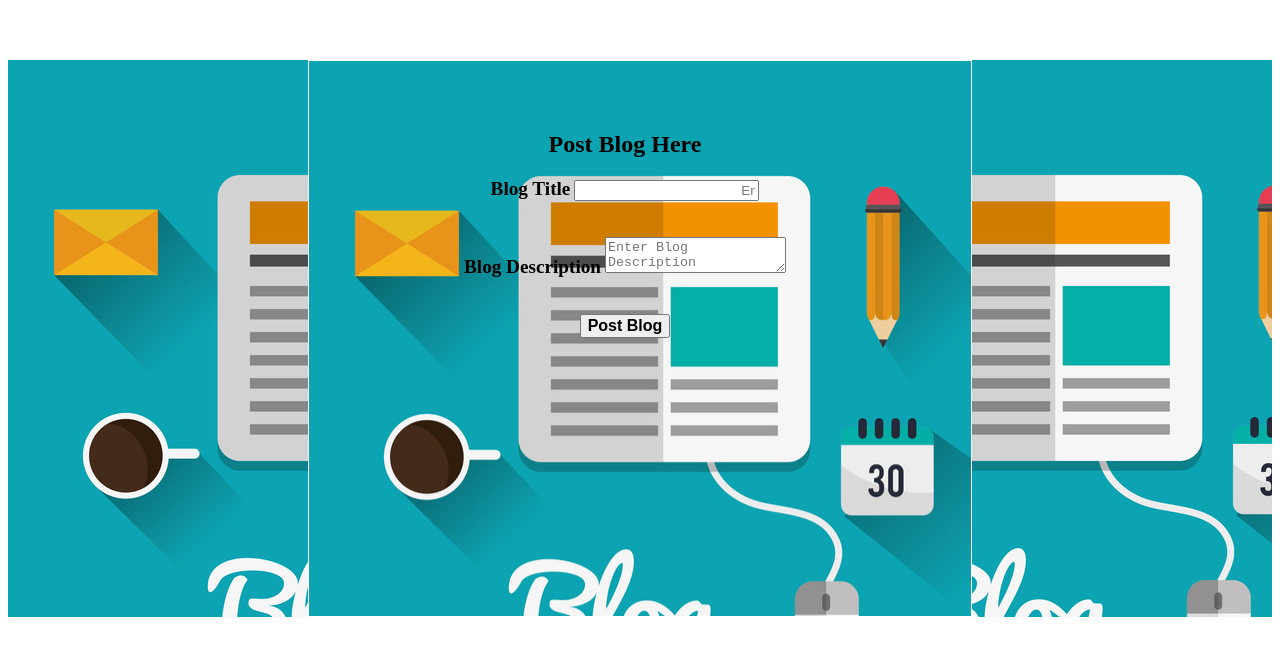
Repository: NeeleshPoojari/Project-2
Page: frontend_project2/WebContent/views/blogpostform.html
An editor plug-in stored every save of this project. The page is shown before and after the next save, followed by the edit.
The browser window is 1280 px wide. The pictures show the whole page.

Above is the page before, as saved 2017-07-18 06:06:48.

After the next save:
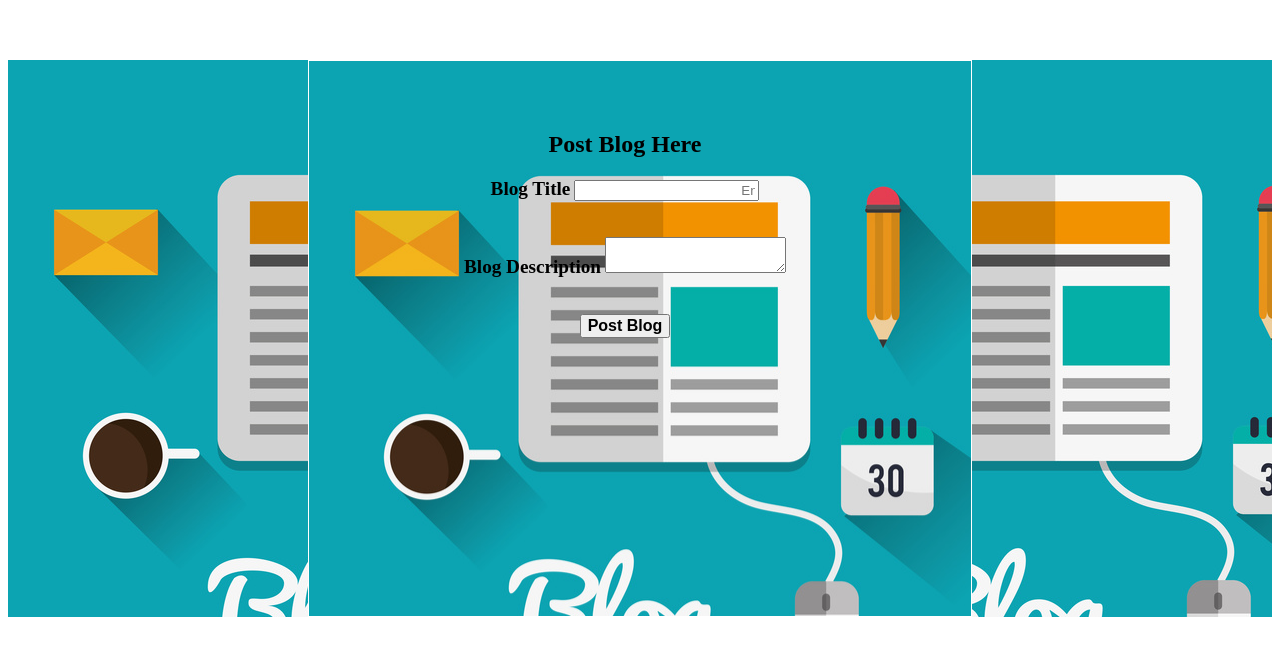
Saved 81 s later.
--- a/frontend_project2/WebContent/views/blogpostform.html
+++ b/frontend_project2/WebContent/views/blogpostform.html
@@ -19,7 +19,7 @@
 			<div class="row">
 				<label><big><b>Blog Description</b></big></label>
 				<textarea ng-model="blogPost.description"
-					placeholder="Enter Blog Description" class="form-control input-lg"></textarea>
+					 class="form-control input-lg" placeholder="&nbsp;&nbsp;&nbsp;&nbsp;&nbsp;&nbsp;&nbsp;&nbsp;&nbsp;&nbsp;&nbsp;&nbsp;&nbsp;&nbsp;&nbsp;&nbsp;&nbsp;&nbsp;&nbsp;&nbsp;&nbsp;&nbsp;&nbsp;&nbsp;&nbsp;&nbsp;&nbsp;&nbsp;&nbsp;&nbsp;&nbsp;&nbsp;&nbsp;&nbsp;&nbsp;&nbsp;&nbsp;&nbsp;&nbsp;&nbsp;&nbsp;&nbsp;&nbsp;&nbsp;Enter Blog Description"></textarea>
 
 			</div>
                   <br><br>
